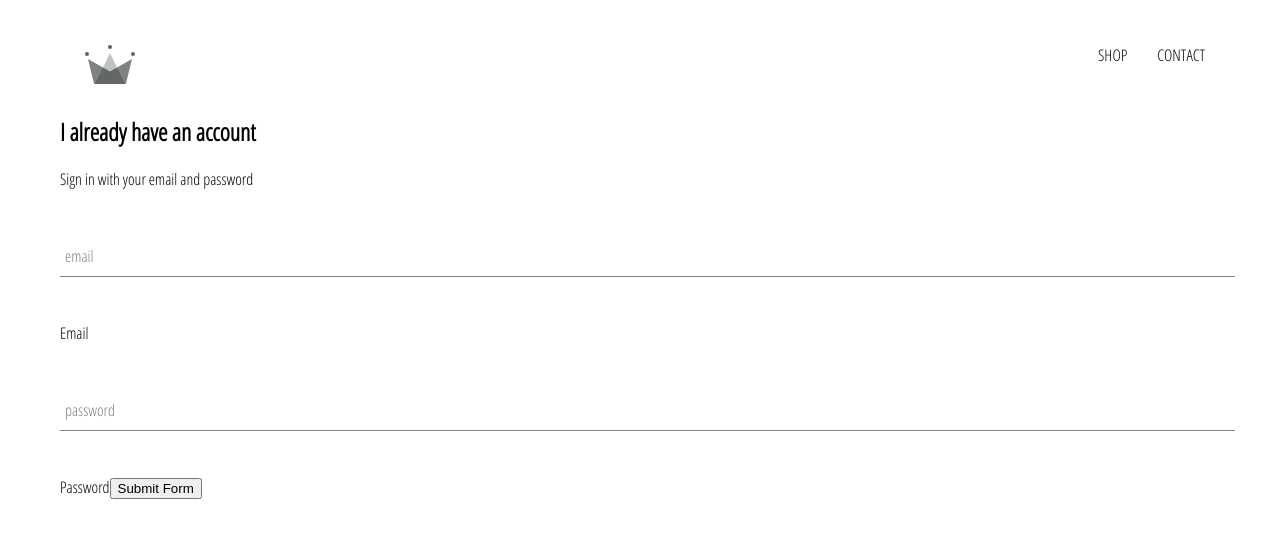
Repository: chonax/crwn-clothing
Page: /signin
These files come from the project's save history. The page is drawn as it stood at one moment and after the next save; the edit follows.
The browser window is 1280 px wide. The pictures show the whole page.
The project was rebuilt for these pictures with package versions that can differ from the ones it lists, and the page was loaded fresh each time. Also part of the build but not shown: src/components/menu-item/menu-item.styles.scss, src/components/menu-item/menu-item.component.jsx, src/components/directory/directory.styles.scss, src/components/directory/directory.component.jsx, src/pages/homepage/homepage.styles.scss, src/pages/homepage/homepage.component.jsx, src/pages/shop/shop.data.js, src/components/collection-item/collection-item.styles.scss and 5 more.

Above is the page before, as saved 2021-01-17 17:28:15.

### public/index.html
<!DOCTYPE html>
<html lang="en">
  <head>
    <meta charset="utf-8" />
    <link rel="preconnect" href="https://fonts.gstatic.com">
    <link rel="icon" href="%PUBLIC_URL%/favicon.ico" />
    <meta name="viewport" content="width=device-width, initial-scale=1" />
    <meta name="theme-color" content="#000000" />
    <meta name="description" content="Web site created using create-react-app" />
    <link rel="apple-touch-icon" href="%PUBLIC_URL%/logo192.png" />
    <!--
      manifest.json provides metadata used when your web app is installed on a
      user's mobile device or desktop. See https://developers.google.com/web/fundamentals/web-app-manifest/
    -->
    <link rel="manifest" href="%PUBLIC_URL%/manifest.json" />
    <link href="https://fonts.googleapis.com/css2?family=Open+Sans+Condensed:wght@300&display=swap" rel="stylesheet">
    <!--
      Notice the use of %PUBLIC_URL% in the tags above.
      It will be replaced with the URL of the `public` folder during the build.
      Only files inside the `public` folder can be referenced from the HTML.

      Unlike "/favicon.ico" or "favicon.ico", "%PUBLIC_URL%/favicon.ico" will
      work correctly both with client-side routing and a non-root public URL.
      Learn how to configure a non-root public URL by running `npm run build`.
    -->
    <title>React App</title>
  </head>
  <body>
    <noscript>You need to enable JavaScript to run this app.</noscript>
    <div id="root"></div>
    <!--
      This HTML file is a template.
      If you open it directly in the browser, you will see an empty page.

      You can add webfonts, meta tags, or analytics to this file.
      The build step will place the bundled scripts into the <body> tag.

      To begin the development, run `npm start` or `yarn start`.
      To create a production bundle, use `npm run build` or `yarn build`.
    -->
  </body>
</html>

### src/App.js
import React from 'react';
import { Switch, Route } from 'react-router-dom';

import './App.css';

import HomePage from './pages/homepage/homepage.component';
import ShopPage from './pages/shop/shop.component';
import SignInAndSignUpPage from './pages/sign-in-and-sign-up/sign-in-and-sign-up.component';
import Header from './components/header/header.component';

function App() {
  return (
  <div>
    <Header />
    <Switch>
      <Route exact path='/' component={HomePage} />
      <Route path='/shop' component={ShopPage} />
      <Route path='/signin' component={SignInAndSignUpPage} />
    </Switch>
  </div>
  );
}

export default App;

### src/pages/sign-in-and-sign-up/sign-in-and-sign-up.component.jsx
import React from 'react';

import SignIn from '../../components/sign-in/sign-in.component';

import './sign-in-and-sign-up.styles.sass';

const SignInAndSignUpPage = () => (
  <div className='sign-in-and-sign-up'>
    <SignIn />
  </div>
);

export default SignInAndSignUpPage;

### src/components/header/header.component.jsx
import React from 'react';
import { Link } from 'react-router-dom';

import { ReactComponent as Logo } from '../../assets/crown.svg';

import './header.styles.scss';

const Header = () => (
  <div className='header'>
    <Link className='logo-container' to="/">
      <Logo className='logo' />
    </Link>
    <div className='options'>
      <Link
        className='option'
        to='/shop'
      >SHOP</Link>
      <Link
        className='option'
        to='/contact'
      >CONTACT</Link>
    </div>
  </div>
)

export default Header;

### src/components/sign-in/sign-in.component.jsx
import { render } from '@testing-library/react';
import React from 'react';

import FormInput from '../form-input/form-input.component';

import './sign-in.styles.sass';

class SignIn extends React.Component {
  constructor(props) {
    super(props);

    this.state = {
      email: '',
      password: '',
    }
  }

  handleSubmit = event => {
    event.preventDefault();

    this.setState({ email: '', password: '' })
  }

  handleChange = event => {
    const { value, name } = event.target;

    this.setState({ [name]: value })
  }

  render() {
    return (
      <div className='sign-in'>
        <h2>I already have an account</h2>
        <span>Sign in with your email and password</span>

        <form onSubmit={this.handleSubmit}>
          <FormInput
            name='email'
            type='email'
            value={this.state.email}
            handleChange={this.handleChange}
            label="email"
            required
          />
          <label>Email</label>
          <FormInput
            name="password"
            type="password"
            value={this.state.password}
            handleChange={this.handleChange}
            label="password"
            required
          />
          <label>Password</label>

          <input type="submit" value="Submit Form" />
        </form>
      </div>
    );
  }
}

export default SignIn;

### src/components/form-input/form-input.component.jsx
import React from 'react';

import './form-input.styles.scss';

const FormInput = ({ handleChange, label, ...otherProps }) => (
  <div className='group'>
    <input className='form-input' onChange={handleChange} {...otherProps} />
    {
      label ?
      (<label className={`${otherProps.value.length ? 'shrink' : ''} form-input-label`}>
        {label}
      </label>)
      : null
    }
  </div>
);

export default FormInput;

### src/components/form-input/form-input.styles.scss
$sub-color: grey;
$main-color: black;

@mixin shrinkLabel {
  top: -14px;
  font-size: 12px;
  color: $main-color;
}

.group {
  position: relative;
  margin: 45px 0;

  .form-input {
    background: none;
    background-color: white;
    color: $sub-color;
    font-size: 18px;
    padding: 10px 10px 10px 5px;
    display: block;
    width: 100%;
    border: none;
    border-radius: 0;
    border-bottom: 1px solid $sub-color;
    margin: 25px 0;

    &:focus {
      outline: none;
    }

    &:focus ~ .form-input-label {
      @include shrinkLabel();
    }
  }

  input[type='password'] {
    letter-spacing: 0.3em;
  }

  .form-input-label {
    color: $sub-color;
    font-size: 16px;
    font-weight: normal;
    position: absolute;
    pointer-events: none;
    left: 5px;
    top: 10px;
    transition: 300ms ease all;

    &.shrink {
      @include shrinkLabel();
    }
  }
}

Loaded but not shown: src/index.js (common file); src/index.css (common file); src/App.css (common file); src/components/header/header.styles.scss (common file); src/pages/sign-in-and-sign-up/sign-in-and-sign-up.styles.sass (no stored copy; drawn as an empty file)

After the next save:
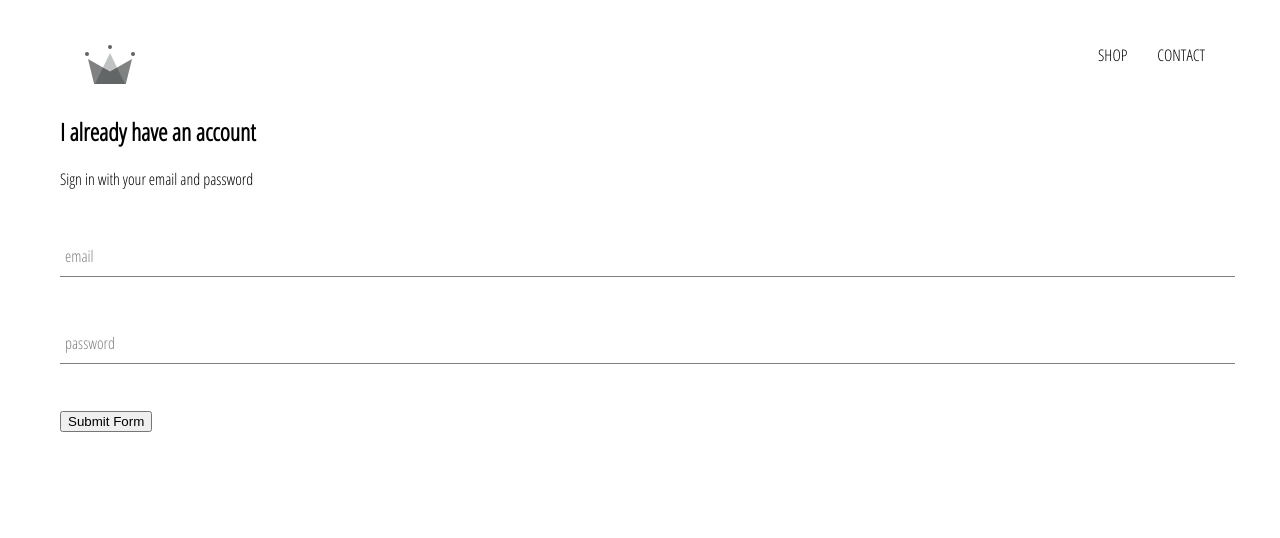
Saved 23 s later.
--- a/src/components/sign-in/sign-in.component.jsx
+++ b/src/components/sign-in/sign-in.component.jsx
@@ -42,7 +42,6 @@ class SignIn extends React.Component {
             label="email"
             required
           />
-          <label>Email</label>
           <FormInput
             name="password"
             type="password"
@@ -51,8 +50,6 @@ class SignIn extends React.Component {
             label="password"
             required
           />
-          <label>Password</label>
-
           <input type="submit" value="Submit Form" />
         </form>
       </div>
